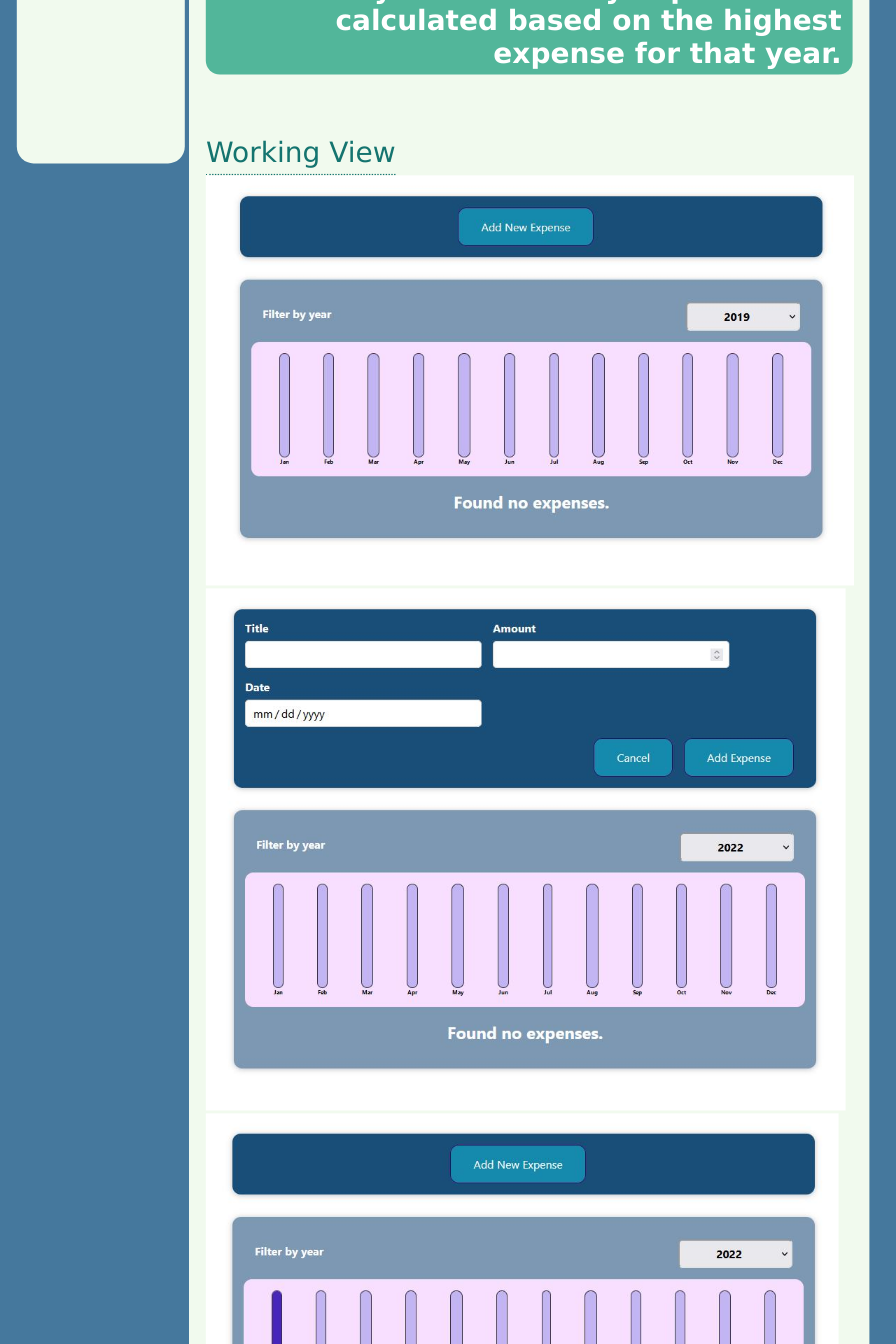
Repository: niranjangp/portfolioReact
Page: /cs-three
The author's editor kept a copy of each file at every save. The page is drawn from the files as they stood at one save, then again after the next save.
The browser window is 1280 px wide. The pictures show the part of the page from y = 539 to 2459 px (the page is 4499 px tall before and 4555 px after), at 70% of full size.
The project was rebuilt for these pictures with package versions that can differ from the ones it lists, and the page was loaded fresh each time. Also part of the build but not shown: src/pages/enterDesign.jsx, src/pages/csOne.jsx, src/pages/csTwo.jsx, src/pages/notFound.jsx.

Above is the page before, as saved 2022-02-01 18:36:14.

After the next save:
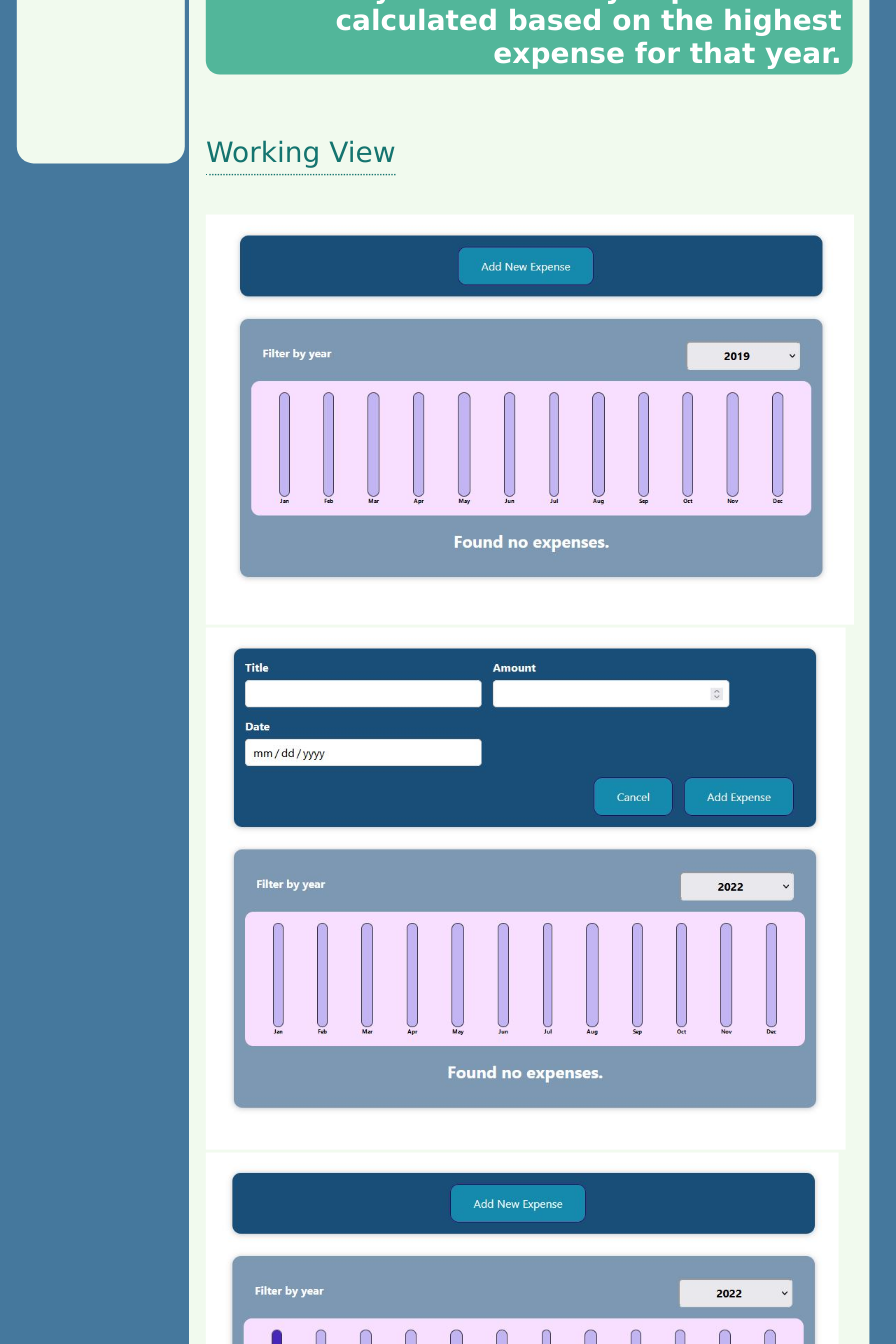
Saved 13 s later.
--- a/src/App.css
+++ b/src/App.css
@@ -360,6 +360,7 @@ footer {
   color: #14746f;
   padding-bottom: 8px;
   border-bottom: 2px dotted #14746f;
+  margin-bottom: 56px;
 }
 
 /*.containerOne {
